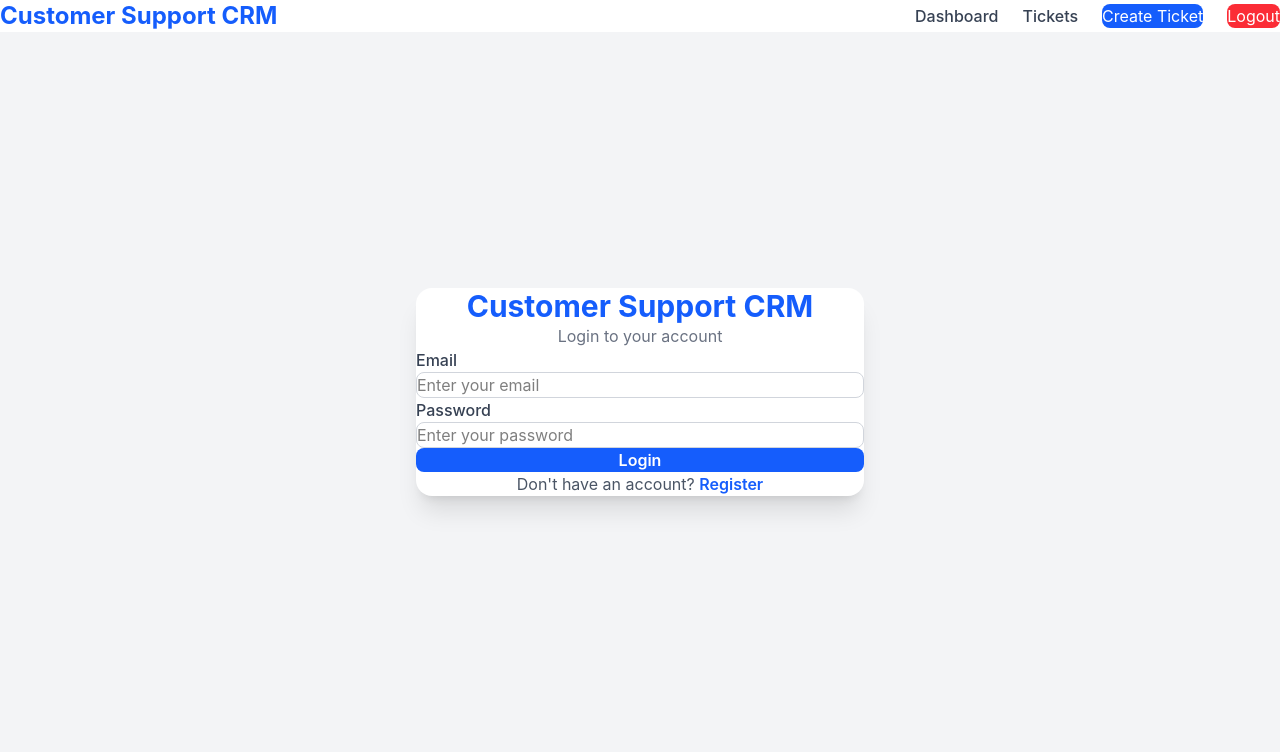
Repository: DeveshPatill/customer-support-crm-application
Page: / (app in client/client/)
These files come from the project's save history. The page is drawn as it stood at one moment and after the next save; the edit follows.
The browser window is 1280 px wide. The pictures show the whole page.
The project was rebuilt for these pictures with package versions that can differ from the ones it lists, and the page was loaded fresh each time. Also part of the build but not shown: client/client/vite.config.js, client/client/src/pages/Register.jsx, client/client/src/pages/Dashboard.jsx, client/client/src/pages/Tickets.jsx, client/client/src/pages/CreateTicket.jsx, client/client/src/pages/TicketDetails.jsx, client/client/src/pages/UpdateTicket.jsx, client/client/src/components/ProtectedRoute.jsx.

Above is the page before, as saved 2026-07-17 13:00:27.

After the next save:
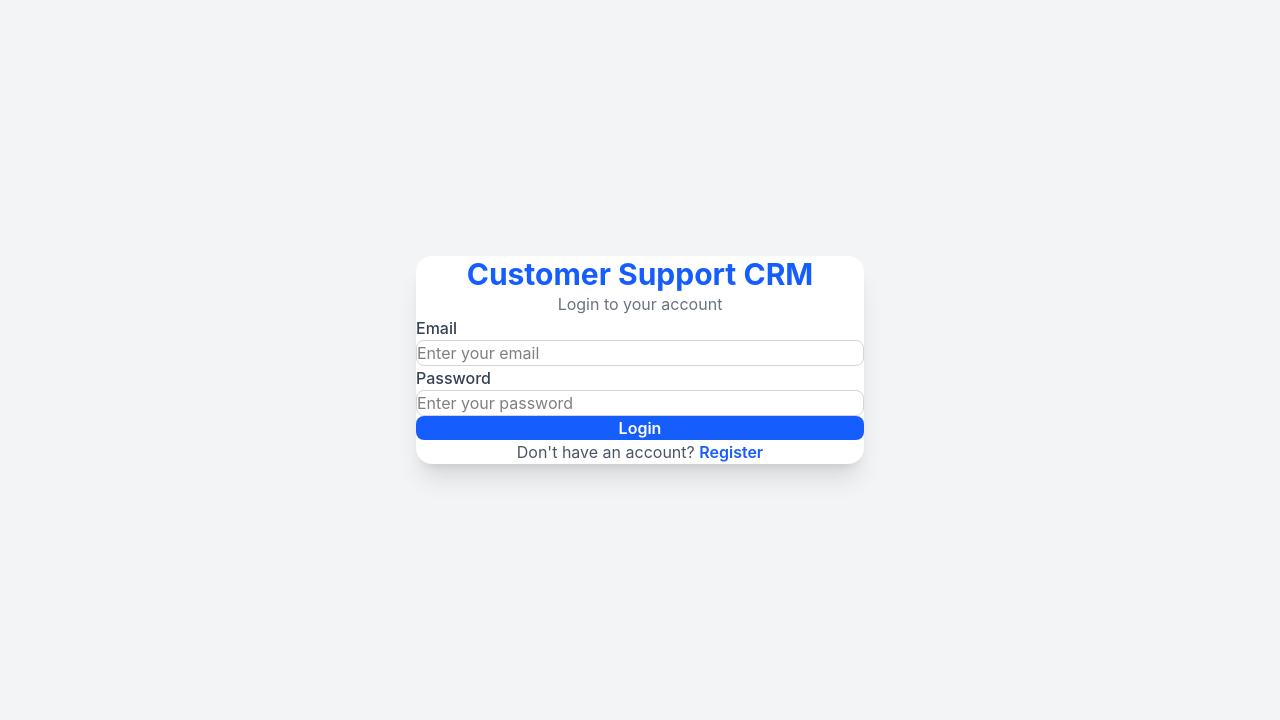
Saved 61 s later.
--- a/client/client/src/App.jsx
+++ b/client/client/src/App.jsx
@@ -33,7 +33,7 @@
 
 // export default App;
 
-import { BrowserRouter, Routes, Route,useLocation  } from "react-router-dom";
+import { BrowserRouter, Routes, Route, useLocation } from "react-router-dom";
 
 import Login from "./pages/Login";
 import Register from "./pages/Register";
@@ -42,8 +42,10 @@ import Tickets from "./pages/Tickets";
 import CreateTicket from "./pages/CreateTicket";
 import TicketDetails from "./pages/TicketDetails";
 import UpdateTicket from "./pages/UpdateTicket";
+
 import Navbar from "./components/Navbar";
 import ProtectedRoute from "./components/ProtectedRoute";
+
 import { Toaster } from "react-hot-toast";
 
 function AppContent() {
@@ -56,22 +58,6 @@ function AppContent() {
   return (
     <>
       {showNavbar && <Navbar />}
-
-      <Routes>
-        {/* your routes */}
-      </Routes>
-    </>
-  );
-}
-
-
-
-function App() {
-  return (
-    <BrowserRouter>
-      <Toaster position="top-right" />
-
-      <Navbar />
 
       <Routes>
         <Route path="/" element={<Login />} />
@@ -123,6 +109,15 @@ function App() {
           }
         />
       </Routes>
+    </>
+  );
+}
+
+function App() {
+  return (
+    <BrowserRouter>
+      <Toaster position="top-right" />
+      <AppContent />
     </BrowserRouter>
   );
 }
